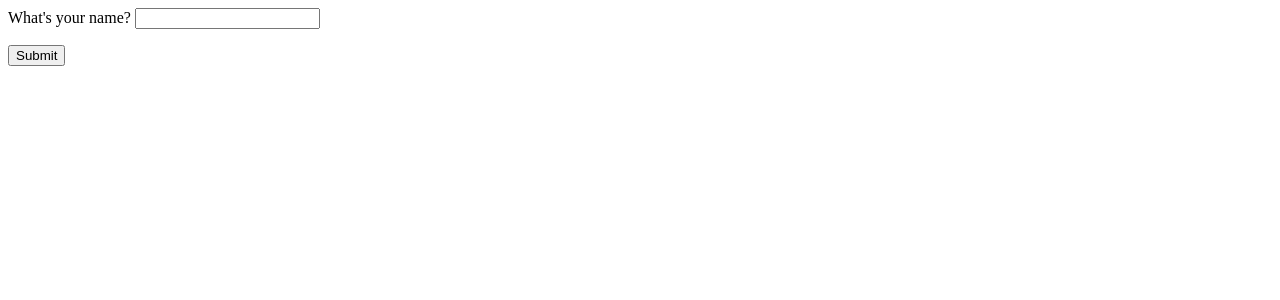
Repository: jpab/Communication-system-OSGi
Page: WABND/static/index.html
An editor plug-in stored every save of this project. The page is shown before and after the next save, followed by the edit.
The browser window is 1280 px wide. The pictures show the whole page.

Above is the page before, as saved 2013-04-12 13:53:07.

After the next save:
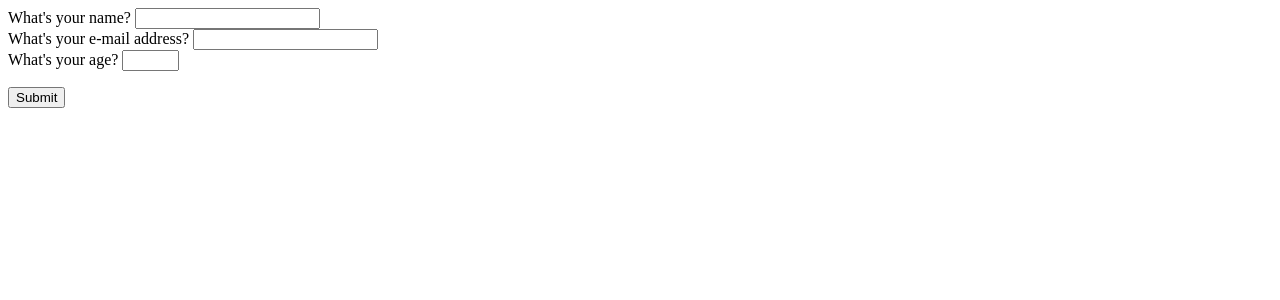
Saved 44 s later.
--- a/WABND/static/index.html
+++ b/WABND/static/index.html
@@ -1,8 +1,10 @@
 <!DOCTYPE html PUBLIC "-//W3C//DTD HTML 4.01 Transitional//EN" "http://www.w3.org/TR/html4/loose.dtd">
 <HTML>
 <BODY>
-<FORM METHOD=POST ACTION="savename.jsp">
-What's your name? <INPUT TYPE=TEXT NAME=username SIZE=20>
+<FORM METHOD=POST ACTION="SaveName.jsp">
+What's your name? <INPUT TYPE=TEXT NAME=username SIZE=20><BR>
+What's your e-mail address? <INPUT TYPE=TEXT NAME=email SIZE=20><BR>
+What's your age? <INPUT TYPE=TEXT NAME=age SIZE=4>
 <P><INPUT TYPE=SUBMIT>
 </FORM>
 </BODY>
